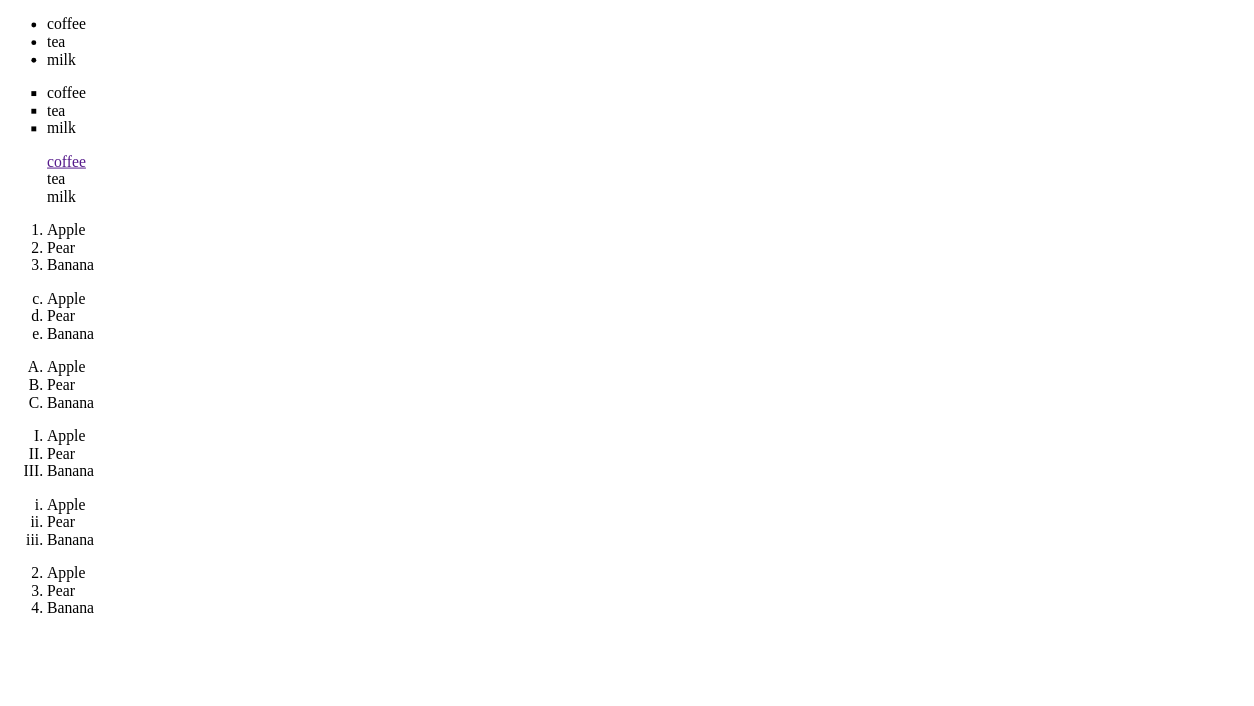
Repository: Jv2020/bitcamp
Page: html/sample03/WebContent/index.html
An editor plug-in stored every save of this project. The page is shown before and after the next save, followed by the edit.
The browser window is 1280 px wide. The pictures show the whole page, at 98% of full size.

Above is the page before, as saved 2020-01-03 00:52:48.

### html/sample03/WebContent/index.html
<!DOCTYPE html>
<html>
<head>
<meta charset="UTF-8">
<title>Insert title here</title>
</head>
<body>
<!-- list -->
<ul style="list-style-type:disc;">
	<li>coffee</li>
	<li>tea</li>
	<li>milk</li>
</ul>

<ul style="list-style-type:square;">
	<li>coffee</li>
	<li>tea</li>
	<li>milk</li>
</ul>

<ul style="list-style-type:none;">
	<li><a href="">coffee</a></li>
	<li>tea</li>
	<li>milk</li>
</ul>

<ol> <!-- 순서가 있는 목록 -->
	<li>Apple</li>
	<li>Pear</li>
	<li>Banana</li>
</ol>


<ol type="a" start="3">
	<li>Apple</li>
	<li>Pear</li>
	<li>Banana</li>
</ol>

<ol type="A">
	<li>Apple</li>
	<li>Pear</li>
	<li>Banana</li>
</ol>

<ol type="I">
	<li>Apple</li>
	<li>Pear</li>
	<li>Banana</li>
</ol>

<ol type="i">
	<li>Apple</li>
	<li>Pear</li>
	<li>Banana</li>
</ol>

<ol start="2">
	<li>Apple</li>
	<li>Pear</li>
	<li>Banana</li>
</ol>


</body>
</html>

After the next save:
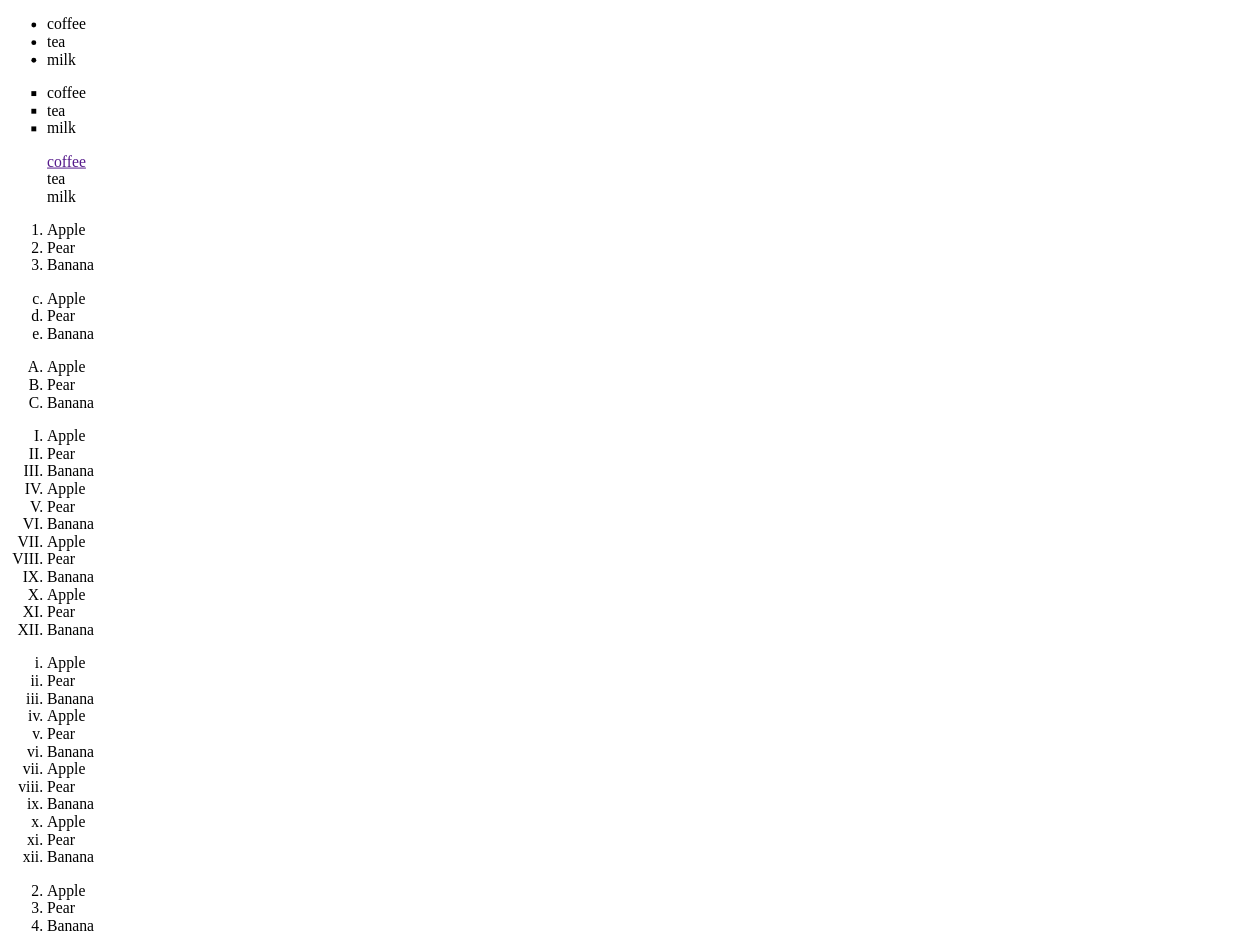
Saved 15 s later.
--- a/html/sample03/WebContent/index.html
+++ b/html/sample03/WebContent/index.html
@@ -47,9 +47,27 @@
 	<li>Apple</li>
 	<li>Pear</li>
 	<li>Banana</li>
+	<li>Apple</li>
+	<li>Pear</li>
+	<li>Banana</li>
+	<li>Apple</li>
+	<li>Pear</li>
+	<li>Banana</li>
+	<li>Apple</li>
+	<li>Pear</li>
+	<li>Banana</li>
 </ol>
 
 <ol type="i">
+	<li>Apple</li>
+	<li>Pear</li>
+	<li>Banana</li>
+	<li>Apple</li>
+	<li>Pear</li>
+	<li>Banana</li>
+	<li>Apple</li>
+	<li>Pear</li>
+	<li>Banana</li>
 	<li>Apple</li>
 	<li>Pear</li>
 	<li>Banana</li>
